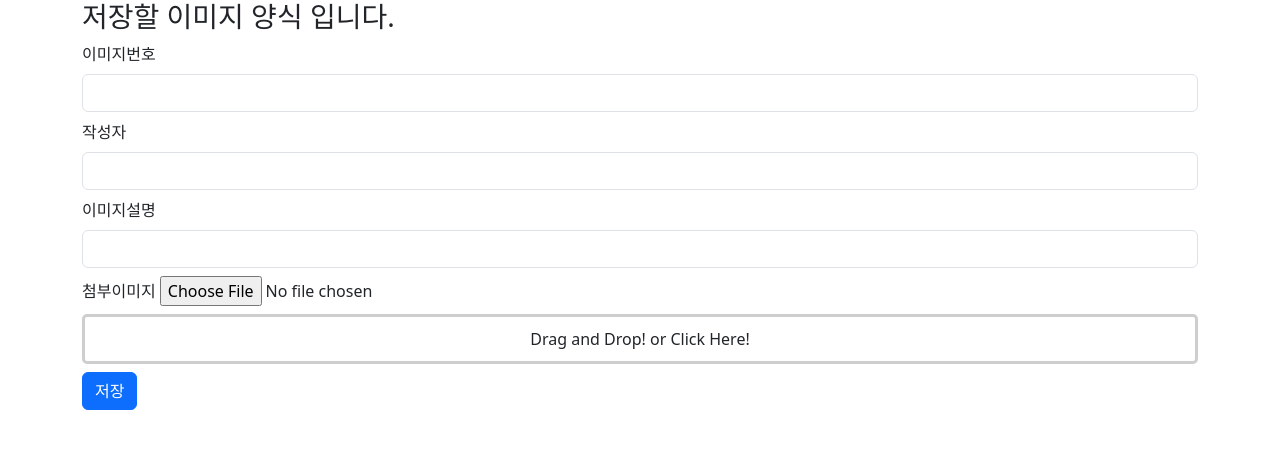
Repository: seochanmi/springRepository
Page: http://localhost/gallery/insertform
The author's editor kept a copy of each file at every save. The page is drawn from the files as they stood at one save, then again after the next save.
The browser window is 1280 px wide. The pictures show the whole page.
The page is this project's Thymeleaf template; nobody is signed in. The template is opened directly, without the code that normally fills it, so the values that code supplies are empty.

Above is the page before, as saved 2024-07-25 02:50:28.
Console error: ReferenceError: e is not defined

### Boot11_Example/src/main/resources/templates/gallery/insertform.html
<!DOCTYPE html>
<html xmlns:th="http://www.thymeleaf.org">
<head>
<meta charset="UTF-8">
<title>/gallery/insertform.html</title>
<link href="https://cdn.jsdelivr.net/npm/bootstrap@5.3.2/dist/css/bootstrap.min.css" rel="stylesheet" integrity="sha384-T3c6CoIi6uLrA9TneNEoa7RxnatzjcDSCmG1MXxSR1GAsXEV/Dwwykc2MPK8M2HN" crossorigin="anonymous">
<style>
	.drop-zone{
		height: 50px;
		border: 3px solid #cecece;
		border-radius: 5px;
		display: flex;
		justify-content: center; /* 좌우로 가운데 정렬 */
		align-items: center; /* 위아래로 가운데 정렬 */
		cursor:pointer;
	}
	#myImage{
		display:none;
	}
</style>
</head>
<body>
	<div class="container">
		<h3>저장할 이미지 양식 입니다.</h3>
		<form th:action="@{/gallery/insert}" method="post" enctype="multipart/form-data">

			<div class="mb-2">
				<label class="form-label" for="num">이미지번호</label>
				<input class="form-control" type="number" name="num" id="num"/>
			</div>
			<div class="mb-2">
				<label class="form-label" for="writer">작성자</label>
				<input class="form-control" type="text" name="writer" id="writer"/>
			</div>
			<div class="mb-2">
				<label class="form-label" for="caption">이미지설명</label>
				<input class="form-control" type="text" name="caption" id="caption"/>
			</div>
			<div class="mb-2">
				<label for="image">첨부이미지</label>
				<input type="file" name="image" id="image"/>
			</div>
			<div class="drop-zone mb-2">Drag and Drop! or Click Here!</div>
			<button class="btn btn-primary" type="submit">저장</button>
		</form>
	</div>
	<script>
		//.drop-zone div 의 참조값
		const dropZone=document.querySelector(".drop-zone");
		//dragover 되었을때 기본 이벤트 막기
		dropZone.addEventListener("dragover", (e)=>{
			e.preventDefault(); //기본 이벤트 막기
		});
		//drop 되었을때 이벤트 처리
		dropZone.addEventListener("drop", (e)=>{
			e.preventDefault();

			//drop 된 파일의 정보가 들어 있는 배열얻어내기
			const files=e.dataTransfer.files;

			//만일 하나 이상 선택했다면
			if(files.length > 1){
				alert("하나의 파일만 drag drop 하세요!");
				return; //함수를 여기서 끝내기
			}

			//선택한 파일의 정보를 콘솔에 출력해 보기
			const file = files[0];
			console.log(file);

			//input type="file" 에 drop 된 파일 넣어주기
			document.querySelector("#image").files=files;

			//선택된 파일명 출력하기
			dropZone.innerText=file.name;

		});

		// .drop-zone 을 클릭했을때 input type="file" 을 강제 클릭해 준다
		dropZone.addEventListener("click", ()=>{
			document.querySelector("#image").click();
		});

		//파일을 선택했을때 change 이벤트가 일어난다
		document.querySelector("#image").addEventListener("change", (e)=>{});
			//선택된 파일 배열 객체를 얻어낸다.
			const files=e.target.files;
			//선택한 파일
			const file=files[0];
			// .drop-zone 에 선택한 파일의 이름을 출력한다.
			dropZone.innerText=file.name;
	</script>
</body>
</html>

After the next save:
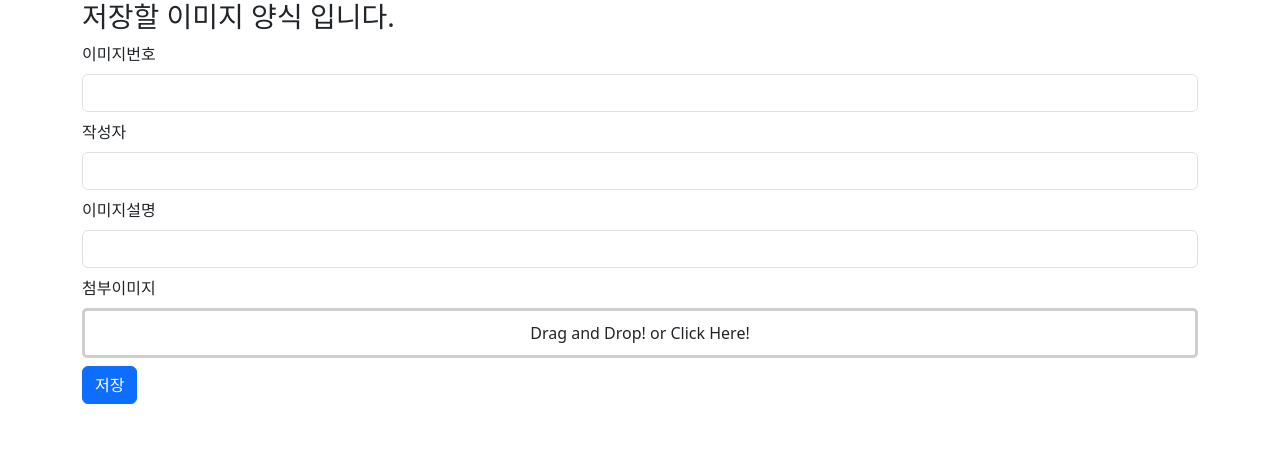
Saved 100 s later.
--- a/Boot11_Example/src/main/resources/templates/gallery/insertform.html
+++ b/Boot11_Example/src/main/resources/templates/gallery/insertform.html
@@ -14,7 +14,7 @@
 		align-items: center; /* 위아래로 가운데 정렬 */
 		cursor:pointer;
 	}
-	#myImage{
+	#image{
 		display:none;
 	}
 </style>
